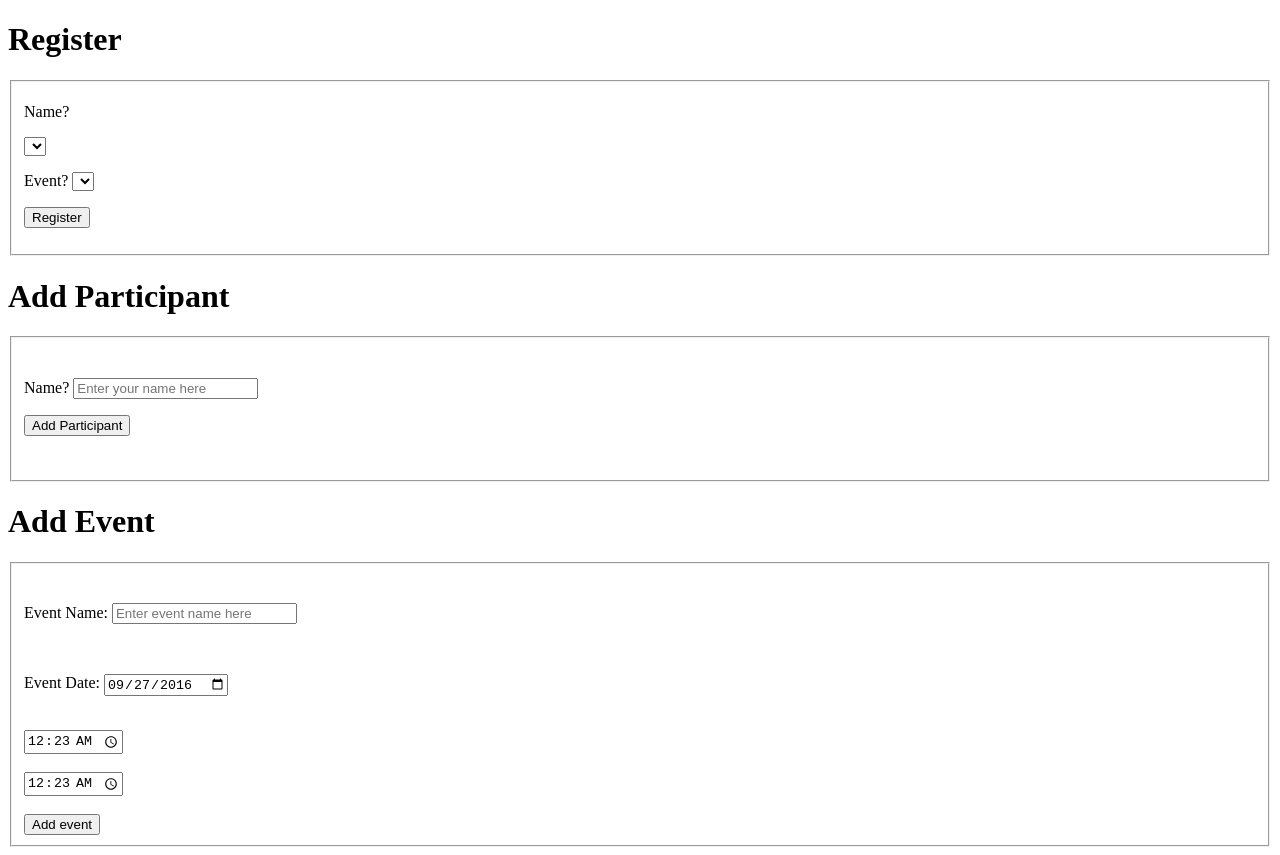
Repository: erickzhao/Event-Registration-Application
Page: http://localhost/
These files come from the project's save history. The page is drawn as it stood at one moment and after the next save; the edit follows.
The browser window is 1280 px wide. The pictures show the whole page.
The page is run by PHP 8.4 with error messages shown; the project is at /var/www/html/.

Above is the page before, as saved 2016-09-28 05:14:57.

### workspace-web/EventRegistration/EventRegistration/index.php
<!DOCTYPE html>
<html>
	<head>
		<meta charset="UTF-8">
		<title> Event Registration </title>
		<style>
			.error {color:#FF0000;}
		</style>
	</head>
	<body>
		<?php
			require_once "model/Participant.php";
			require_once "model/Registration.php";
			require_once "model/RegistrationManager.php";
			require_once "model/Event.php";
			require_once "persistence/PersistenceEventRegistration.php";
			session_start();

			//Retreive data from the model
			$pm = new PersistenceEventRegistration();
			$rm = $pm->loadDataFromStore();

			echo "<h1>Register</h1>";
			echo "<form action='register.php' method='post'>";
			echo "<fieldset>";
			echo "<p>Name?</p> <select name='participantspinner'>";
			foreach ($rm->getParticipants() as $participant){
				echo "<option>" . $participant->getName() . "</option>";
			}
			echo "</select><span class='error'>";
			if (isset($_SESSION['errorRegisterParticipant']) && !empty($_SESSION['errorRegisterParticipant'])){
				echo " * " . $_SESSION["errorRegisterParticipant"];
			}
			echo "</span></p>";
			echo "<p>Event? <select name='eventspinner'>";
			foreach ($rm->getEvents() as $event){
				echo "<option>" . $event->getName() . "</option>";
			}
			echo "</select><span class='error'>";
			if (isset($_SESSION['errorRegisterEvent']) && !empty($_SESSION['errorRegisterEvent'])){
				echo " * " . $_SESSION["errorRegisterEvent"];
			}
			echo "</span></p>";
			echo "<p><input type='submit' value='Register'/></p>";
			echo "</fieldset>";
			echo "</form>";
		?>
		<h1> Add Participant </h1>
		<form action = "addparticipant.php" method="post">
			<fieldset>
			<br>
			<p>Name? <input type="text" name="participant_name" placeholder="Enter your name here"/>
			<span class="error">
			<?php
			if (isset($_SESSION['errorParticipantName']) && !empty($_SESSION['errorParticipantName'])){
				echo " * " . $_SESSION["errorParticipantName"];
			}
			?>
			</span></p>
			<p><input type="submit" value="Add Participant"/></p>
			<br>
			</fieldset>
		</form>

		<h1>Add Event</h1>
		<form action = "addevent.php" method="post">
			<fieldset>
			<br>
			<p> Event Name: <input type="text" name="event_name" placeholder="Enter event name here"/>
			<span class="error">
			<?php
			if (isset($_SESSION['errorEventName']) && !empty($_SESSION['errorEventName'])){
				echo " * " . $_SESSION["errorEventName"];
			}
			?>
			</span></p>
			<br>
			<p> Event Date: <input type="date" name="event_date" value="<?php echo date('Y-m-d'); ?>" />
			<span class="error">
			<?php
			if (isset($_SESSION['errorEventDate']) && !empty($_SESSION['errorEventDate'])){
				echo " * " . $_SESSION["errorEventDate"];
			}
			?>
			</span></p>
			<br>
			<input type="time" name="starttime" value="<?php echo date('H:i'); ?>" /> <br>
			<span class="error">
			<?php
			if (isset($_SESSION['errorEventstarttime']) && !empty($_SESSION['errorEventstarttime'])){
				echo " * " . $_SESSION["errorEventstarttime"];
			}
			?>
			</span>
			<br>
			<input type="time" name="endtime" value="<?php echo date('H:i'); ?>" /> <br>
			<span class="error">
			<?php
			if (isset($_SESSION['errorEventendtime']) && !empty($_SESSION['errorEventendtime'])){
				echo " * " . $_SESSION["errorEventendtime"];
			}
			?>
			</span>
			<br>
			<input type="submit" value="Add event">
			<br>
			</fieldset>
		</form>
	</body>
</html>

### workspace-web/EventRegistration/EventRegistration/model/Participant.php
<?php
/*PLEASE DO NOT EDIT THIS CODE*/
/*This code was generated using the UMPLE 1.22.0.5146 modeling language!*/

class Participant
{

  //------------------------
  // MEMBER VARIABLES
  //------------------------

  //Participant Attributes
  private $name;

  //------------------------
  // CONSTRUCTOR
  //------------------------

  public function __construct($aName)
  {
    $this->name = $aName;
  }

  //------------------------
  // INTERFACE
  //------------------------

  public function setName($aName)
  {
    $wasSet = false;
    $this->name = $aName;
    $wasSet = true;
    return $wasSet;
  }

  public function getName()
  {
    return $this->name;
  }

  public function equals($compareTo)
  {
    return $this == $compareTo;
  }

  public function delete()
  {}

}
?>

### workspace-web/EventRegistration/EventRegistration/model/Registration.php
<?php
/*PLEASE DO NOT EDIT THIS CODE*/
/*This code was generated using the UMPLE 1.22.0.5146 modeling language!*/

class Registration
{

  //------------------------
  // STATIC VARIABLES
  //------------------------

  private static $nextId = 1;

  //------------------------
  // MEMBER VARIABLES
  //------------------------

  //Autounique Attributes
  private $id;

  //Registration Associations
  private $participant;
  private $event;

  //------------------------
  // CONSTRUCTOR
  //------------------------

  public function __construct($aParticipant, $aEvent)
  {
    $this->id = self::$nextId++;
    if (!$this->setParticipant($aParticipant))
    {
      throw new Exception("Unable to create Registration due to aParticipant");
    }
    if (!$this->setEvent($aEvent))
    {
      throw new Exception("Unable to create Registration due to aEvent");
    }
  }

  //------------------------
  // INTERFACE
  //------------------------

  public function getId()
  {
    return $this->id;
  }

  public function getParticipant()
  {
    return $this->participant;
  }

  public function getEvent()
  {
    return $this->event;
  }

  public function setParticipant($aNewParticipant)
  {
    $wasSet = false;
    if ($aNewParticipant != null)
    {
      $this->participant = $aNewParticipant;
      $wasSet = true;
    }
    return $wasSet;
  }

  public function setEvent($aNewEvent)
  {
    $wasSet = false;
    if ($aNewEvent != null)
    {
      $this->event = $aNewEvent;
      $wasSet = true;
    }
    return $wasSet;
  }

  public function equals($compareTo)
  {
    return $this == $compareTo;
  }

  public function delete()
  {
    $this->participant = null;
    $this->event = null;
  }

}
?>

### workspace-web/EventRegistration/EventRegistration/model/RegistrationManager.php
<?php
/*PLEASE DO NOT EDIT THIS CODE*/
/*This code was generated using the UMPLE 1.22.0.5146 modeling language!*/

class RegistrationManager
{

  //------------------------
  // STATIC VARIABLES
  //------------------------

  private static $theInstance = null;

  //------------------------
  // MEMBER VARIABLES
  //------------------------

  //RegistrationManager Associations
  private $registrations;
  private $participants;
  private $events;

  //------------------------
  // CONSTRUCTOR
  //------------------------

  private function __construct()
  {
    $this->registrations = array();
    $this->participants = array();
    $this->events = array();
  }

  public static function getInstance()
  {
    if(self::$theInstance == null)
    {
      self::$theInstance = new RegistrationManager();
    }
    return self::$theInstance;
  }

  //------------------------
  // INTERFACE
  //------------------------

  public function getRegistration_index($index)
  {
    $aRegistration = $this->registrations[$index];
    return $aRegistration;
  }

  public function getRegistrations()
  {
    $newRegistrations = $this->registrations;
    return $newRegistrations;
  }

  public function numberOfRegistrations()
  {
    $number = count($this->registrations);
    return $number;
  }

  public function hasRegistrations()
  {
    $has = $this->numberOfRegistrations() > 0;
    return $has;
  }

  public function indexOfRegistration($aRegistration)
  {
    $wasFound = false;
    $index = 0;
    foreach($this->registrations as $registration)
    {
      if ($registration->equals($aRegistration))
      {
        $wasFound = true;
        break;
      }
      $index += 1;
    }
    $index = $wasFound ? $index : -1;
    return $index;
  }

  public function getParticipant_index($index)
  {
    $aParticipant = $this->participants[$index];
    return $aParticipant;
  }

  public function getParticipants()
  {
    $newParticipants = $this->participants;
    return $newParticipants;
  }

  public function numberOfParticipants()
  {
    $number = count($this->participants);
    return $number;
  }

  public function hasParticipants()
  {
    $has = $this->numberOfParticipants() > 0;
    return $has;
  }

  public function indexOfParticipant($aParticipant)
  {
    $wasFound = false;
    $index = 0;
    foreach($this->participants as $participant)
    {
      if ($participant->equals($aParticipant))
      {
        $wasFound = true;
        break;
      }
      $index += 1;
    }
    $index = $wasFound ? $index : -1;
    return $index;
  }

  public function getEvent_index($index)
  {
    $aEvent = $this->events[$index];
    return $aEvent;
  }

  public function getEvents()
  {
    $newEvents = $this->events;
    return $newEvents;
  }

  public function numberOfEvents()
  {
    $number = count($this->events);
    return $number;
  }

  public function hasEvents()
  {
    $has = $this->numberOfEvents() > 0;
    return $has;
  }

  public function indexOfEvent($aEvent)
  {
    $wasFound = false;
    $index = 0;
    foreach($this->events as $event)
    {
      if ($event->equals($aEvent))
      {
        $wasFound = true;
        break;
      }
      $index += 1;
    }
    $index = $wasFound ? $index : -1;
    return $index;
  }

  public static function minimumNumberOfRegistrations()
  {
    return 0;
  }

  public function addRegistration($aRegistration)
  {
    $wasAdded = false;
    if ($this->indexOfRegistration($aRegistration) !== -1) { return false; }
    $this->registrations[] = $aRegistration;
    $wasAdded = true;
    return $wasAdded;
  }

  public function removeRegistration($aRegistration)
  {
    $wasRemoved = false;
    if ($this->indexOfRegistration($aRegistration) != -1)
    {
      unset($this->registrations[$this->indexOfRegistration($aRegistration)]);
      $this->registrations = array_values($this->registrations);
      $wasRemoved = true;
    }
    return $wasRemoved;
  }

  public function addRegistrationAt($aRegistration, $index)
  {
    $wasAdded = false;
    if($this->addRegistration($aRegistration))
    {
      if($index < 0 ) { $index = 0; }
      if($index > $this->numberOfRegistrations()) { $index = $this->numberOfRegistrations() - 1; }
      array_splice($this->registrations, $this->indexOfRegistration($aRegistration), 1);
      array_splice($this->registrations, $index, 0, array($aRegistration));
      $wasAdded = true;
    }
    return $wasAdded;
  }

  public function addOrMoveRegistrationAt($aRegistration, $index)
  {
    $wasAdded = false;
    if($this->indexOfRegistration($aRegistration) !== -1)
    {
      if($index < 0 ) { $index = 0; }
      if($index > $this->numberOfRegistrations()) { $index = $this->numberOfRegistrations() - 1; }
      array_splice($this->registrations, $this->indexOfRegistration($aRegistration), 1);
      array_splice($this->registrations, $index, 0, array($aRegistration));
      $wasAdded = true;
    }
    else
    {
      $wasAdded = $this->addRegistrationAt($aRegistration, $index);
    }
    return $wasAdded;
  }

  public static function minimumNumberOfParticipants()
  {
    return 0;
  }

  public function addParticipant($aParticipant)
  {
    $wasAdded = false;
    if ($this->indexOfParticipant($aParticipant) !== -1) { return false; }
    $this->participants[] = $aParticipant;
    $wasAdded = true;
    return $wasAdded;
  }

  public function removeParticipant($aParticipant)
  {
    $wasRemoved = false;
    if ($this->indexOfParticipant($aParticipant) != -1)
    {
      unset($this->participants[$this->indexOfParticipant($aParticipant)]);
      $this->participants = array_values($this->participants);
      $wasRemoved = true;
    }
    return $wasRemoved;
  }

  public function addParticipantAt($aParticipant, $index)
  {
    $wasAdded = false;
    if($this->addParticipant($aParticipant))
    {
      if($index < 0 ) { $index = 0; }
      if($index > $this->numberOfParticipants()) { $index = $this->numberOfParticipants() - 1; }
      array_splice($this->participants, $this->indexOfParticipant($aParticipant), 1);
      array_splice($this->participants, $index, 0, array($aParticipant));
      $wasAdded = true;
    }
    return $wasAdded;
  }

  public function addOrMoveParticipantAt($aParticipant, $index)
  {
    $wasAdded = false;
    if($this->indexOfParticipant($aParticipant) !== -1)
    {
      if($index < 0 ) { $index = 0; }
      if($index > $this->numberOfParticipants()) { $index = $this->numberOfParticipants() - 1; }
      array_splice($this->participants, $this->indexOfParticipant($aParticipant), 1);
      array_splice($this->participants, $index, 0, array($aParticipant));
      $wasAdded = true;
    }
    else
    {
      $wasAdded = $this->addParticipantAt($aParticipant, $index);
    }
    return $wasAdded;
  }

  public static function minimumNumberOfEvents()
  {
    return 0;
  }

  public function addEvent($aEvent)
  {
    $wasAdded = false;
    if ($this->indexOfEvent($aEvent) !== -1) { return false; }
    $this->events[] = $aEvent;
    $wasAdded = true;
    return $wasAdded;
  }

  public function removeEvent($aEvent)
  {
    $wasRemoved = false;
    if ($this->indexOfEvent($aEvent) != -1)
    {
      unset($this->events[$this->indexOfEvent($aEvent)]);
      $this->events = array_values($this->events);
      $wasRemoved = true;
    }
    return $wasRemoved;
  }

  public function addEventAt($aEvent, $index)
  {
    $wasAdded = false;
    if($this->addEvent($aEvent))
    {
      if($index < 0 ) { $index = 0; }
      if($index > $this->numberOfEvents()) { $index = $this->numberOfEvents() - 1; }
      array_splice($this->events, $this->indexOfEvent($aEvent), 1);
      array_splice($this->events, $index, 0, array($aEvent));
      $wasAdded = true;
    }
    return $wasAdded;
  }

  public function addOrMoveEventAt($aEvent, $index)
  {
    $wasAdded = false;
    if($this->indexOfEvent($aEvent) !== -1)
    {
      if($index < 0 ) { $index = 0; }
      if($index > $this->numberOfEvents()) { $index = $this->numberOfEvents() - 1; }
      array_splice($this->events, $this->indexOfEvent($aEvent), 1);
      array_splice($this->events, $index, 0, array($aEvent));
      $wasAdded = true;
    }
    else
    {
      $wasAdded = $this->addEventAt($aEvent, $index);
    }
    return $wasAdded;
  }

  public function equals($compareTo)
  {
    return $this == $compareTo;
  }

  public function delete()
  {
    $this->registrations = array();
    $this->participants = array();
    $this->events = array();
  }

}
?>

### workspace-web/EventRegistration/EventRegistration/model/Event.php
<?php
/*PLEASE DO NOT EDIT THIS CODE*/
/*This code was generated using the UMPLE 1.22.0.5146 modeling language!*/

class Event
{

  //------------------------
  // MEMBER VARIABLES
  //------------------------

  //Event Attributes
  private $name;
  private $eventDate;
  private $startTime;
  private $endTime;

  //------------------------
  // CONSTRUCTOR
  //------------------------

  public function __construct($aName, $aEventDate, $aStartTime, $aEndTime)
  {
    $this->name = $aName;
    $this->eventDate = $aEventDate;
    $this->startTime = $aStartTime;
    $this->endTime = $aEndTime;
  }

  //------------------------
  // INTERFACE
  //------------------------

  public function setName($aName)
  {
    $wasSet = false;
    $this->name = $aName;
    $wasSet = true;
    return $wasSet;
  }

  public function setEventDate($aEventDate)
  {
    $wasSet = false;
    $this->eventDate = $aEventDate;
    $wasSet = true;
    return $wasSet;
  }

  public function setStartTime($aStartTime)
  {
    $wasSet = false;
    $this->startTime = $aStartTime;
    $wasSet = true;
    return $wasSet;
  }

  public function setEndTime($aEndTime)
  {
    $wasSet = false;
    $this->endTime = $aEndTime;
    $wasSet = true;
    return $wasSet;
  }

  public function getName()
  {
    return $this->name;
  }

  public function getEventDate()
  {
    return $this->eventDate;
  }

  public function getStartTime()
  {
    return $this->startTime;
  }

  public function getEndTime()
  {
    return $this->endTime;
  }

  public function equals($compareTo)
  {
    return $this == $compareTo;
  }

  public function delete()
  {}

}
?>

### workspace-web/EventRegistration/EventRegistration/persistence/PersistenceEventRegistration.php
<?php
class PersistenceEventRegistration{
	private $filename;

	function __construc($filename = 'data.txt'){
		$this->filename = $filename;
	}

	function loadDataFromStore(){
		if (file_exists($this->filename)){
			$str = file_get_contents($this->filename);
			$rm = unserialize($str);
		} else {
			$rm = RegistrationManager::getInstance();
		}
		return $rm;
	}

	function writeDataToStore($rm){
		$str = serialize($rm);
		file_put_contents($this->filename, $str);
	}
}
?>

After the next save:
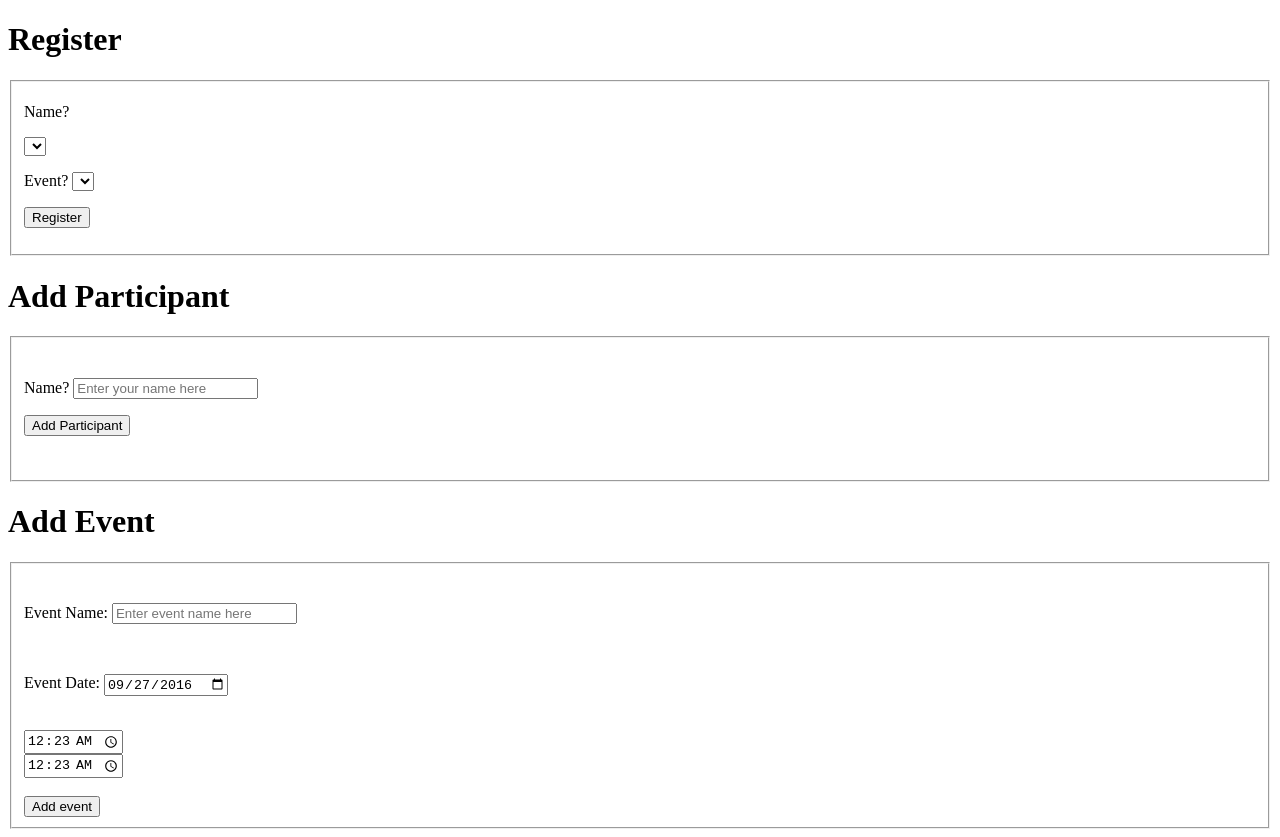
Saved 11 s later.
--- a/workspace-web/EventRegistration/EventRegistration/index.php
+++ b/workspace-web/EventRegistration/EventRegistration/index.php
@@ -84,7 +84,7 @@
 			?>
 			</span></p>
 			<br>
-			<input type="time" name="starttime" value="<?php echo date('H:i'); ?>" /> <br>
+			<input type="time" name="starttime" value="<?php echo date('H:i'); ?>" />
 			<span class="error">
 			<?php
 			if (isset($_SESSION['errorEventstarttime']) && !empty($_SESSION['errorEventstarttime'])){
